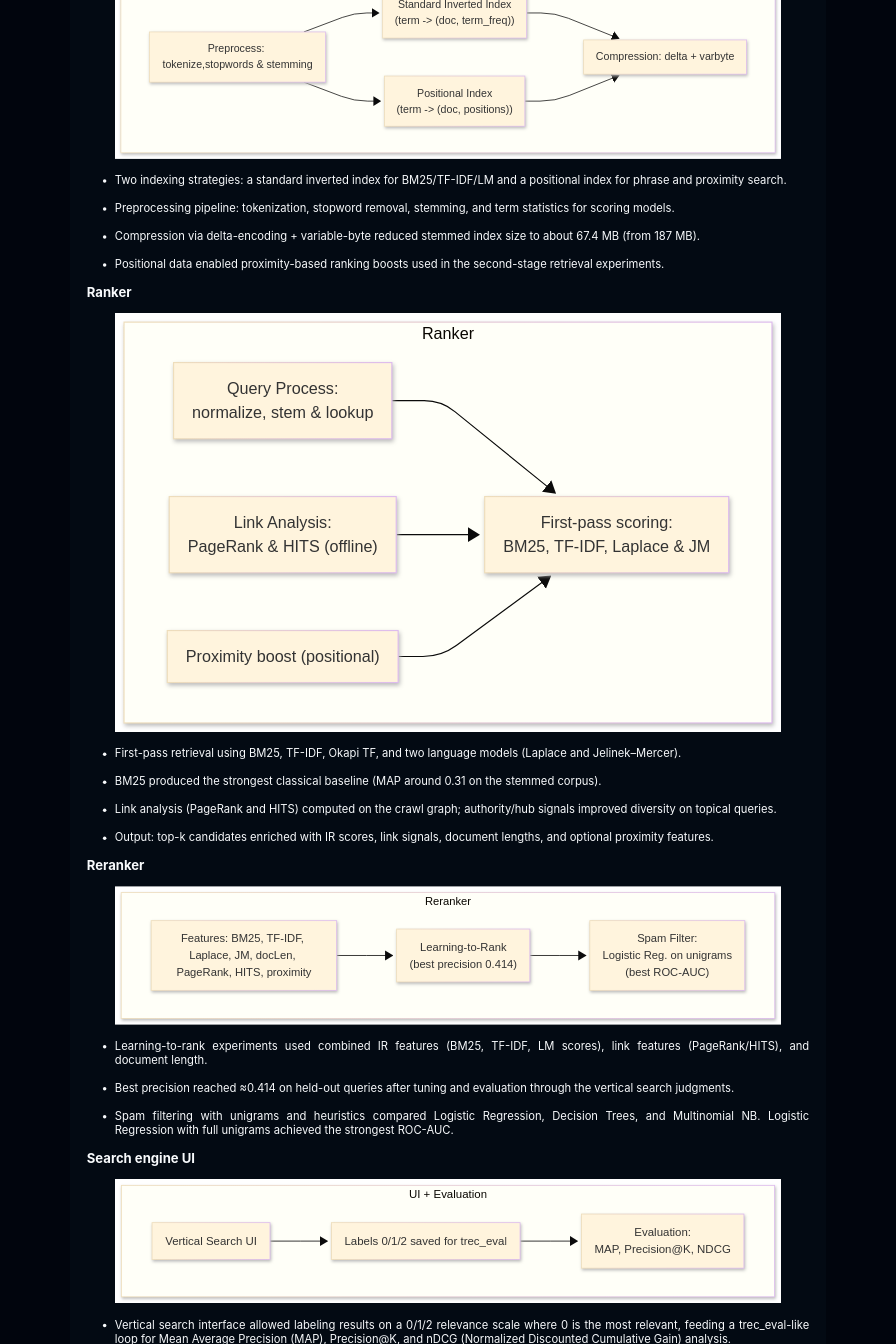
Repository: Abdulaziz-04/Abdulaziz-04.github.io
Page: deepdives/backend_systems/search_engine/search_engine.html
The author's editor kept a copy of each file at every save. The page is drawn from the files as they stood at one save, then again after the next save.
The browser window is 1280 px wide. The pictures show the part of the page from y = 2100 to 4020 px (the page is 6783 px tall before and 6803 px after), at 70% of full size.
A picture or video elsewhere on the page could not be fetched, so the positions and the page height are approximate.

Above is the page before, as saved 2025-11-21 21:03:31.

### deepdives/backend_systems/search_engine/search_engine.html
<!DOCTYPE html>
<html lang="en">
  <head>
    <meta charset="UTF-8" />
    <meta name="viewport" content="width=device-width, initial-scale=1" />
    <title>Full-Stack Search Engine: Crawl, Index, Rank, and Rerank</title>
    <link rel="stylesheet" href="../../../assets/css/styles.css" />
  </head>

  <body class="project-detail-page">
    <header class="detail-hero">
      <a class="category-back" href="../../../projects/backend_systems.html">
        &larr; Back to Projects
      </a>

      <p
        class="category-pill"
        onclick="window.location.href='../../../projects/backend_systems.html'"
      >
        Backend &amp; Distributed Logic
      </p>
      <br />

      <h1>Full-Stack Search Engine: Crawl, Index, Rank, and Rerank</h1>

      <p class="detail-summary">
        <b>
          Built an end-to-end search engine over a nuclear-safety corpus: custom
          crawler, compressed inverted indexes, classic IR ranking
          (TF-IDF/BM25/LM), graph algorithms (PageRank/HITS), vertical search UI
          with manual assessments, learning-to-rank, and ML-powered spam
          filtering.
        </b>
      </p>

      <p class="detail-summary">
        Part of CS 6200 Information Retrieval course at Northeastern: starting
        with baseline ranking, adding compression and proximity search, building
        a focused crawler, applying link analysis, running a vertical search
        assessment interface, experimenting with learning-to-rank, and closing
        with ML-based spam classification.
      </p>

      <ul class="detail-meta">
        <li>
          <strong>Tech Stack:</strong>
          Python, ElasticSearch, NumPy, scikit-learn, pandas, BeautifulSoup,
          multi-threading, custom inverted index storage
        </li>
      </ul>
    </header>

    <main class="section detail-content">
      <!-- HERO IMAGE -->
      <section class="detail-section detail-hero-gif">
        <figure class="gallery-item gallery-item--wide" style="max-width: none">
          <img
            src="./images/high_level.svg"
            alt="System architecture: crawler → indexer → ranker → reranker → UI"
            style="
              display: block;
              margin: 0 auto;
              width: 100%;
              max-width: 100%;
              height: auto;
            "
          />
          <figcaption style="text-align: center">
            High-level System Architecture
          </figcaption>
        </figure>
      </section>

      <!-- QUICK INSIGHTS -->
      <section class="detail-section">
        <h2>Quick insights</h2>
        <ul class="psr-list">
          <li>
            <strong>Goal:</strong>
            Build a demonstrable, end-to-end search stack covering crawling,
            indexing, ranking, evaluation, and ML reranking.
          </li>
          <br />
          <li>
            <strong>A1 – Baseline Ranking:</strong> Implemented TF-IDF,
            Okapi-TF, BM25, and two Language Models (Laplace, Jelinek-Mercer) on
            a stemmed corpus from scratch. <br /><br />
            <b>Key metric:</b> BM25 Mean Average Precision ≈ <b>0.31</b> based
            on trec_eval.
          </li>
          <br />
          <li>
            <strong>A2 – Index Compression &amp; Proximity:</strong> Built
            compressed inverted indexes and positional lists to enable
            phrase/proximity search. <br /><br />
            <b>Key metric:</b> Compressed index size <b>67.4&nbsp;MB</b> (down
            from 187&nbsp;MB).
          </li>
          <br />
          <li>
            <strong>A3 – Focused Crawler:</strong> Multi-threaded Priority-queue
            frontier expanding based on BFS algorithm, keyword hits, and inlink
            counts with full canonicalization and politeness. <br /><br />
            <b>Key metric:</b>
            The topic of crawling was Nuclear accidents covering different
            incidents such as Hiroshima-Nagasaki, Three-mile island, Kshytm
            disaster.
            <br />
            Collected over 160,000 documents with robots.txt compliance and a
            1-second inter-request delay.
          </li>
          <br />
          <li>
            <strong>A4 – Link Analysis:</strong> Computed PageRank and HITS over
            the custom crawled dataset to add authority/hub signals for
            reranking and getting better search results. <br />
            <br />
            <b>Key metric:</b> Convergence verified via
            <b>Shannon-entropy</b> stabilization across iterations.
          </li>
          <br />
          <li>
            <strong>A5 – Vertical Search UI &amp; Labels:</strong> Built an
            assessment interface for nuclear event queries with 3-point
            relevance judgments (0/1/2). <br />
            <br />
            <b>Key metric:</b> Collected <b>graded labels</b> enabling
            trec_eval-style scoring and LTR training.
          </li>
          <br />
          <li>
            <strong>A6 – Learning-to-Rank:</strong> Trained on features from
            five IR models plus document length; evaluated on held-out queries.
            <br />
            <br />
            <b>Key metric:</b> Best test precision <b>0.414</b>.
          </li>
          <br />
          <li>
            <strong>A7 – Spam Classification:</strong> Compared manual lexicon
            features vs full unigrams using Logistic Regression, Decision Tree,
            and Multinomial NB. <br />
            <br />
            <b>Key metric:</b> Highest <b>ROC-AUC</b> with Logistic Regression
            on <b>unigrams</b>.
          </li>
        </ul>
      </section>
      <!-- SYSTEM OVERVIEW (Merged + De-duplicated) -->
      <section class="detail-section detail-overview">
        <h2>System overview</h2>
        <p>
          The system is a full retrieval pipeline built across seven assignments
          starting with traditional ranking models, adding indexing and
          proximity search, introducing a focused crawler with link analysis,
          finishing with a vertical search interface, learning-to-rank, and spam
          filtering. This section consolidates both the system architecture and
          the design choices behind each stage, structured cleanly across its
          five major components.
        </p>

        <!-- CRAWLER -->
        <h3>Crawler</h3>
        <figure class="gallery-item gallery-item--wide">
          <img src="./images/crawler.svg" alt="Focused crawler architecture" />
        </figure>
        <ul>
          <li>
            Priority-queue frontier combining BFS waves, keyword hits, and
            inlink counts to balance topical breadth with authoritative seeds.
          </li>
          <br />
          <li>
            HTML parsing and canonicalization (lowercasing, fragment/port
            stripping, path cleanup) to unify duplicate URLs.
          </li>
          <br />
          <li>
            Politeness handling via robots.txt, 1-second delays, and per-host
            guards.
          </li>
          <br />
          <li>
            Outputs include raw documents, outgoing links, and link graph
            signals used later by PageRank and HITS.
          </li>
        </ul>

        <!-- INDEXER -->
        <h3>Indexer</h3>
        <figure class="gallery-item gallery-item--wide">
          <img
            src="./images/indexer.svg"
            alt="Indexer architecture with standard and positional indexes"
          />
        </figure>
        <ul>
          <li>
            Two indexing strategies: a standard inverted index for
            BM25/TF-IDF/LM and a positional index for phrase and proximity
            search.
          </li>
          <br />
          <li>
            Preprocessing pipeline: tokenization, stopword removal, stemming,
            and term statistics for scoring models.
          </li>
          <br />
          <li>
            Compression via delta-encoding + variable-byte reduced stemmed index
            size to about 67.4 MB (from 187 MB).
          </li>
          <br />
          <li>
            Positional data enabled proximity-based ranking boosts used in the
            second-stage retrieval experiments.
          </li>
        </ul>

        <!-- RANKER -->
        <h3>Ranker</h3>
        <figure class="gallery-item gallery-item--wide">
          <img
            src="./images/ranker.svg"
            alt="Ranking stage including BM25, LM, proximity, PageRank/HITS"
          />
        </figure>
        <ul>
          <li>
            First-pass retrieval using BM25, TF-IDF, Okapi TF, and two language
            models (Laplace and Jelinek–Mercer).
          </li>
          <br />
          <li>
            BM25 produced the strongest classical baseline (MAP around 0.31 on
            the stemmed corpus).
          </li>
          <br />
          <li>
            Link analysis (PageRank and HITS) computed on the crawl graph;
            authority/hub signals improved diversity on topical queries.
          </li>
          <br />
          <li>
            Output: top-k candidates enriched with IR scores, link signals,
            document lengths, and optional proximity features.
          </li>
        </ul>

        <!-- RERANKER -->
        <h3>Reranker</h3>
        <figure class="gallery-item gallery-item--wide">
          <img
            src="./images/reranker.svg"
            alt="Learning-to-rank and spam filtering architecture"
          />
        </figure>
        <ul>
          <li>
            Learning-to-rank experiments used combined IR features (BM25,
            TF-IDF, LM scores), link features (PageRank/HITS), and document
            length.
          </li>
          <br />
          <li>
            Best precision reached ≈0.414 on held-out queries after tuning and
            evaluation through the vertical search judgments.
          </li>
          <br />
          <li>
            Spam filtering with unigrams and heuristics compared Logistic
            Regression, Decision Trees, and Multinomial NB. Logistic Regression
            with full unigrams achieved the strongest ROC-AUC.
          </li>
        </ul>

        <!-- SEARCH UI -->
        <h3>Search engine UI</h3>
        <figure class="gallery-item gallery-item--wide">
          <img
            src="./images/ui.svg"
            alt="Search UI for nuclear-accident retrieval"
          />
        </figure>
        <ul>
          <li>
            Vertical search interface allowed labeling results on a 0/1/2
            relevance scale where 0 is the most relevant, feeding a
            trec_eval-like loop for Mean Average Precision (MAP), Precision@K,
            and nDCG (Normalized Discounted Cumulative Gain) analysis.
          </li>
          <br />
          <li>
            Snippets displayed BM25 scores, titles, and highlighted query terms
            to support manual assessments.
          </li>
          <br />
          <li>
            Labeled data powered the learning-to-rank stage, serving as the
            bridge between classical retrieval and machine-learning reranking.
          </li>
        </ul>
      </section>

      <!-- RESPONSE EXAMPLES GALLERY -->
      <section class="detail-section detail-gallery">
        <h2>Sample outputs</h2>
        <div class="gallery-row gallery-row--two">
          <figure class="gallery-item">
            <a href="./images/search-results-placeholder.png" target="_blank">
              <img
                src="./images/search-results-placeholder.png"
                alt="Search results list with highlights and BM25 scores"
              />
            </a>
            <figcaption>
              BM25-ranked results with snippet highlights and scores.
            </figcaption>
          </figure>

          <figure class="gallery-item">
            <a href="./images/index-stats-placeholder.png" target="_blank">
              <img
                src="./images/index-stats-placeholder.png"
                alt="Index size comparison: compressed vs decompressed"
              />
            </a>
            <figcaption>
              Index size and proximity index metrics (67.4 MB compressed vs. 187
              MB decompressed stemmed).
            </figcaption>
          </figure>
        </div>

        <div class="gallery-row gallery-row--two">
          <figure class="gallery-item">
            <a href="./images/ltr-placeholder.png" target="_blank">
              <img
                src="./images/ltr-placeholder.png"
                alt="Learning-to-rank precision chart"
              />
            </a>
            <figcaption>
              Learning-to-rank precision curve; best test precision 0.414.
            </figcaption>
          </figure>

          <figure class="gallery-item">
            <a href="./images/spam-roc-placeholder.png" target="_blank">
              <img
                src="./images/spam-roc-placeholder.png"
                alt="ROC curve for spam classifier"
              />
            </a>
            <figcaption>
              Spam classifier ROC-AUC: Logistic with full unigrams leads.
            </figcaption>
          </figure>
        </div>
      </section>

      <!-- ARCHITECTURE & DESIGN -->
      <section class="detail-section">
        <h2>Architecture and design choices</h2>
        <p>
          Designed to showcase both IR fundamentals and practical trade-offs:
          efficiency (compression, proximity), relevance (BM25 vs LM), authority
          (PageRank/HITS), and learning-based reranking.
        </p>

        <ul>
          <li>
            <b>Index variants:</b>
            Stemmed/unstemmed, compressed/decompressed; proximity lists for
            phrase queries (proximity Average Precision: 0.2313 for stemmed and
            0.1814 for unstemmed).
          </li>
          <br />
          <li>
            <b>Candidate generation:</b>
            Heap-based top-k retrieval; doc-length normalized and cached;
            multilingual stopword handling via ElasticSearch analyzers.
          </li>
          <br />
          <li>
            <b>Link signals:</b>
            PageRank on merged crawled index; HITS hubs/authorities skewed
            toward Wikipedia for topical queries, improving diversity over
            PageRank.
          </li>
          <br />
          <li>
            <b>Assessment loop:</b>
            Vertical search UI captures 3-point relevance labels (0/1/2) per
            result; stored as space-separated text for trec_eval-style scoring.
          </li>
          <br />
          <li>
            <b>LTR features:</b>
            Five IR scores (TF-IDF, Okapi-TF, BM25, Laplace, JM) + doc length;
            per-query split via random shuffle; balanced train/test precision.
          </li>
          <br />
          <li>
            <b>Spam pipeline:</b>
            Manual spam lexicon vs. full unigrams; CountVectorizer sparse
            matrices; compared Logistic, Decision Tree, Multinomial NB; unigrams
            outperformed manual lists, highlighting feature coverage.
          </li>
        </ul>
      </section>

      <!-- EDGE CASES & ROBUSTNESS -->
      <section class="detail-section">
        <h2>Edge cases and robustness</h2>
        <p>
          Focused on correctness and resilience across crawling, parsing, and
          scoring.
        </p>

        <ul>
          <li>
            <b>Canonicalization &amp; politeness:</b>
            Lowercasing, port stripping, fragment removal, duplicate slash
            cleanup; robots.txt honored; 1s inter-request delay; single-request
            per URL guard.
          </li>
          <br />
          <li>
            <b>Frontier fairness:</b>
            Priority queue blends BFS wave number, keyword hits, and inlink
            counts to avoid topic drift and reward authoritative seeds.
          </li>
          <br />
          <li>
            <b>Query parsing:</b>
            Token normalization, length normalization; language models tuned for
            sensitivity; BM25 for stability on sparse queries.
          </li>
          <br />
          <li>
            <b>Assessment UX:</b>
            Relevance dropdown prevents empty labels; results persisted on
            submit; clickable URLs to verify content before rating.
          </li>
          <br />
          <li>
            <b>Model sanity checks:</b>
            Compared manual spam features vs. full vocab to avoid underfitting;
            monitored over/underfit via precision bounds.
          </li>
        </ul>
      </section>

      <!-- SCALING & FUTURE ENHANCEMENTS -->
      <section class="detail-section">
        <h2>Scaling and future enhancements</h2>
        <p>Ready to grow from coursework to production-grade demo.</p>

        <ul>
          <li>
            <b>Sharding &amp; cache:</b>
            Shard the index by domain/time; add postings and query result cache
            (Redis) to reduce P95 latency.
          </li>
          <br />
          <li>
            <b>Reranking depth:</b>
            Introduce XGBoost with expanded features (PageRank, HITS, click
            priors) and cross-validation over query folds.
          </li>
          <br />
          <li>
            <b>Quality signals:</b>
            Add autocomplete with prefix tries, spell correction via k-grams and
            snippet generator with positional windows.
          </li>
          <br />
          <li>
            <b>Deployment:</b>
            Containerize crawler, indexer, API, and UI; use docker-compose for a
            single-node demo; add health checks and telemetry.
          </li>
          <br />
          <li>
            <b>Spam hardening:</b>
            Add character n-grams for obfuscation, URL reputation features, and
            threshold tuning for precision/recall trade-offs.
          </li>
        </ul>
      </section>

      <!-- IMPACT & LEARNINGS -->
      <section class="detail-section detail-impact">
        <h2>Impact and learnings</h2>
        <ul>
          <li>
            <b>IR depth:</b>
            Got the opportunity to design ElasticSearch from scratch and
            hands-on with classic retrieval models, proximity, compression, and
            graph algorithms, understanding when BM25 beats LMs and how link
            signals diversify results.
          </li>
          <br />
          <li>
            <b>Evaluation mindset:</b>
            Built a full relevance loop: manual labels, trec_eval metrics,
            precision tracking, and feature-driven LTR gains.
          </li>
          <br />
          <li>
            <b>ML integration:</b>
            Combined sparse text features with traditional IR scores; compared
            manual heuristics vs. data-driven vocabularies for spam detection.
          </li>
          <br />
          <li>
            <b>Systems thinking:</b>
            From crawling politeness to storage trade-offs, every stage is
            modular and independently testable for clearer scaling paths.
          </li>
        </ul>
      </section>
    </main>
  </body>
</html>

Loaded but not shown: assets/css/styles.css (941 lines, source omitted)

After the next save:
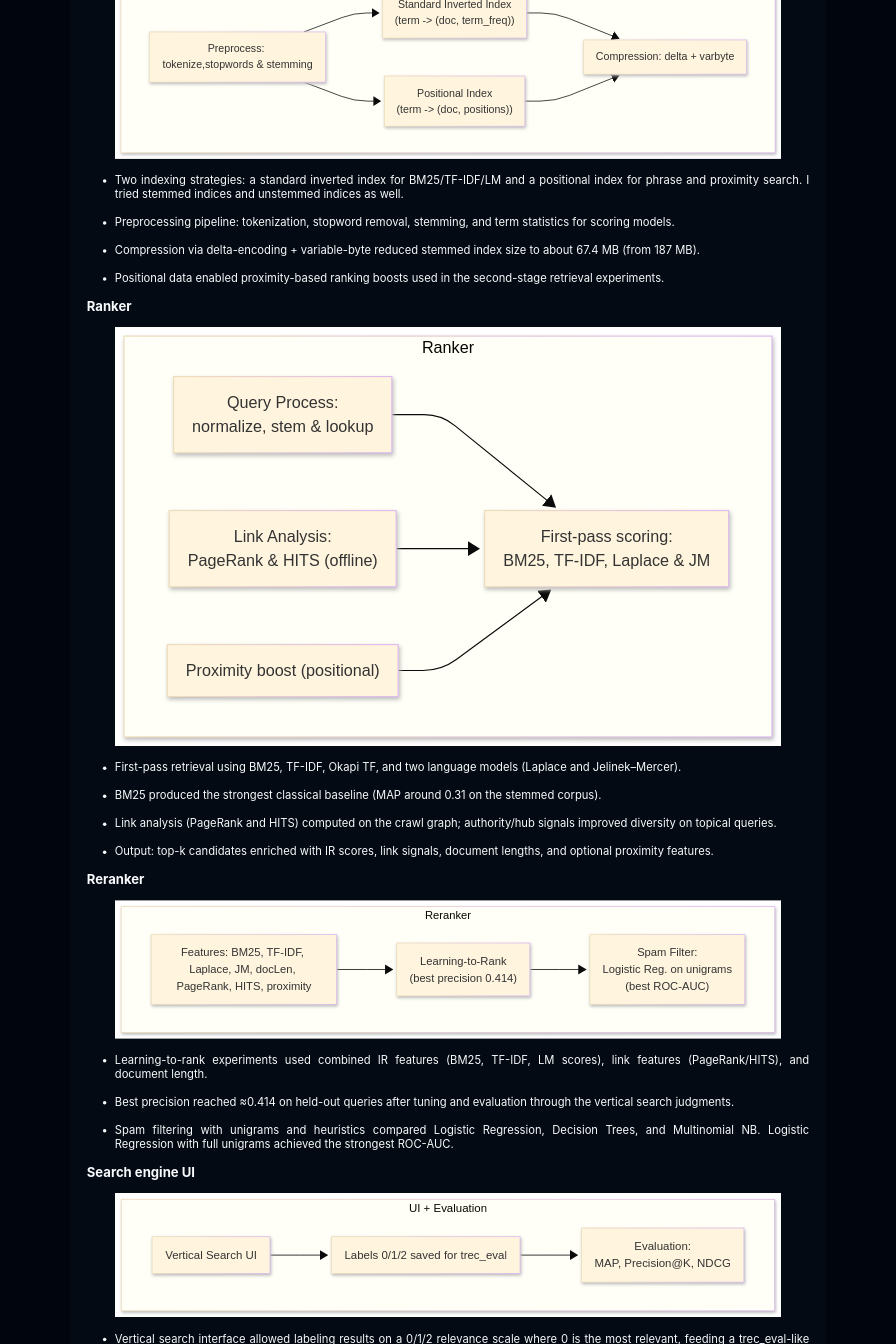
Saved 2 min 16 s later.
--- a/deepdives/backend_systems/search_engine/search_engine.html
+++ b/deepdives/backend_systems/search_engine/search_engine.html
@@ -198,7 +198,7 @@
           <li>
             Two indexing strategies: a standard inverted index for
             BM25/TF-IDF/LM and a positional index for phrase and proximity
-            search.
+            search. I tried stemmed indices and unstemmed indices as well.
           </li>
           <br />
           <li>
